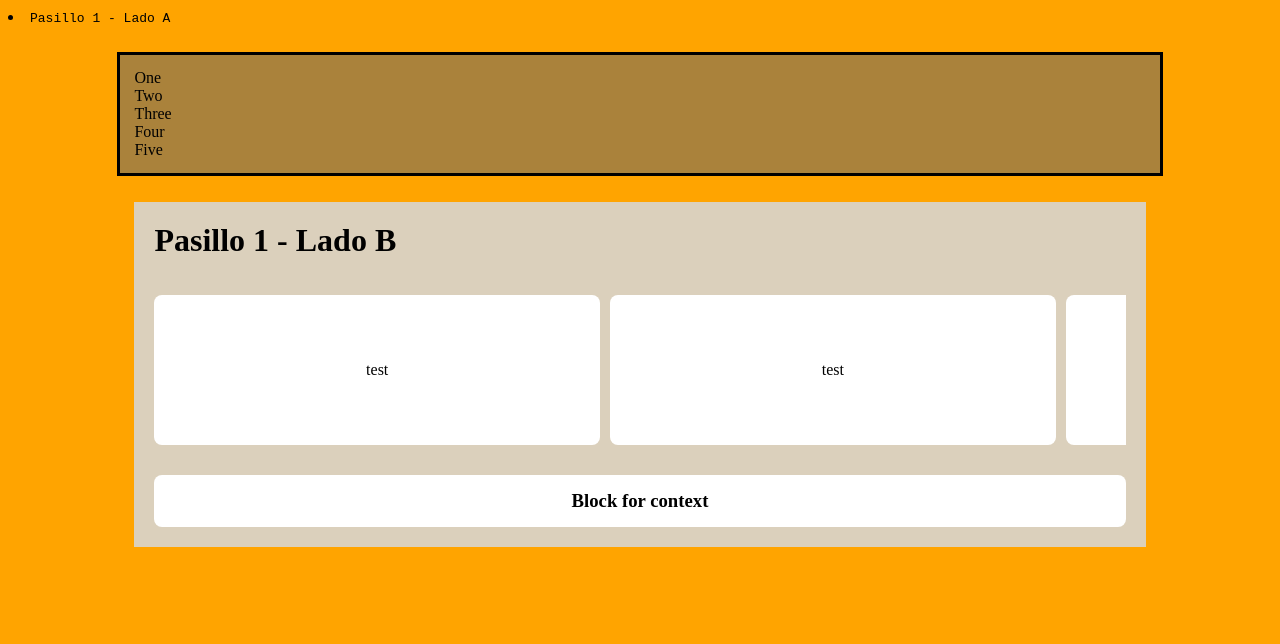
Repository: Franzcod/DepoStock_Web
Page: index.html
The author's editor kept a copy of each file at every save. The page is drawn from the files as they stood at one save, then again after the next save.
The browser window is 1280 px wide. The pictures show the whole page.

Above is the page before, as saved 2020-06-07 02:19:49.
Console error: ReferenceError: ur is not defined

### index.html
<!DOCTYPE html>
<html lang="en">
<head>
    <meta charset="UTF-8">
    <meta name="viewport" content="width=device-width, initial-scale=1.0">
    <title>Deposito Probusol</title>

    <link rel="stylesheet" href="estilo/estilo.css">
</head>
<body>

    <li><code>Pasillo 1 - Lado A</code>
        <div id="div2">
            <div class="wrapper">
                <div class="box1">One</div>
                <div class="box2">Two</div>
                <div class="box3">Three</div>
                <div class="box4">Four</div>
                <div class="box5">Five</div>
            </div>
        </div>
    </li>

    <div class="app">
        <h1>Pasillo 1 - Lado B</h1>

        <ul class="hs">
            <li class="item">test</li>
            <li class="item">test</li>
            <li class="item">test</li>
            <li class="item">test</li>
            <li class="item">test</li>
            <li class="item">test</li>
        </ul>

        <div class="container">
            <div class="item">
            <h3>Block for context</h3>
            </div>
        </div>
    </div>






    <script>ur</script>

</body>







</html>

### estilo/estilo.css
html{
    background-color: rgba(255, 164, 0, 1);
}

#div2 {
    border: 3px solid black;
    width:  80%;
    height: 40%;
    margin: 2vw auto;
    padding: 2vh 2vh;
    background-color: rgba(105, 105, 105, 0.565);
}

#div2 { overflow-x: scroll;}

:root {
--gutter: 20px;
}

.app {
padding: var(--gutter) 0;
display: grid;
grid-gap: var(--gutter) 0;
grid-template-columns: var(--gutter) 1fr var(--gutter);
align-content: start;
}

.app > * {
grid-column: 2 / -2;
}

.app > .full {
grid-column: 1 / -1;
}

.hs {
display: grid;
grid-gap: calc(var(--gutter) / 2);
grid-template-columns: repeat(6, calc(50% - var(--gutter) * 2));
grid-template-rows: minmax(150px, 1fr);

overflow-x: scroll;
scroll-snap-type: x proximity;
padding-bottom: calc(.75 * var(--gutter));
margin-bottom: calc(-.25 * var(--gutter));
}


/* Demo styles */





ul {
list-style: none;
padding: 0;
}

h1,
h2,
h3 {
margin: 0;
}

.app {
width: 80%;
height: 667px;
background: #DBD0BC;
overflow-y: scroll;
margin: 2vw auto;

height: 40%;
}

.hs > li,
.item {
scroll-snap-align: center;
padding: calc(var(--gutter) / 2 * 1.5);
display: flex;
flex-direction: column;
justify-content: center;
align-items: center;
background: #fff;
border-radius: 8px;
}

After the next save:
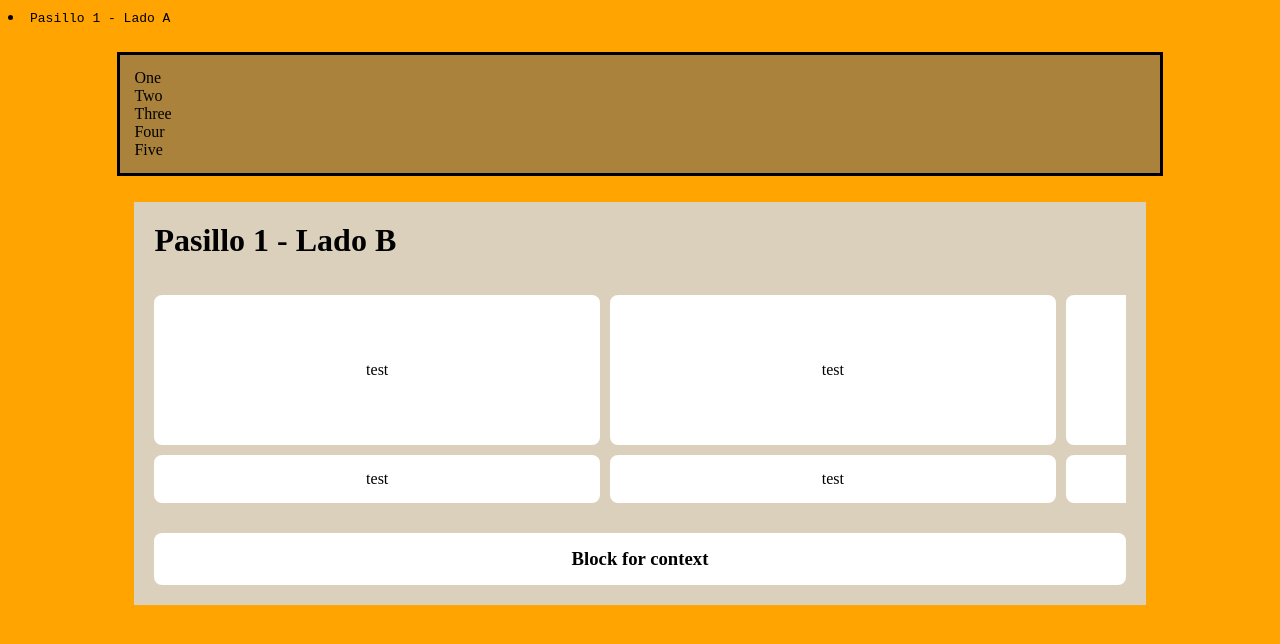
Saved 23 s later.
--- a/index.html
+++ b/index.html
@@ -31,6 +31,12 @@
             <li class="item">test</li>
             <li class="item">test</li>
             <li class="item">test</li>
+            <li class="item">test</li>
+            <li class="item">test</li>
+            <li class="item">test</li>
+            <li class="item">test</li>
+            <li class="item">test</li>
+            <li class="item">test</li>
         </ul>
 
         <div class="container">
